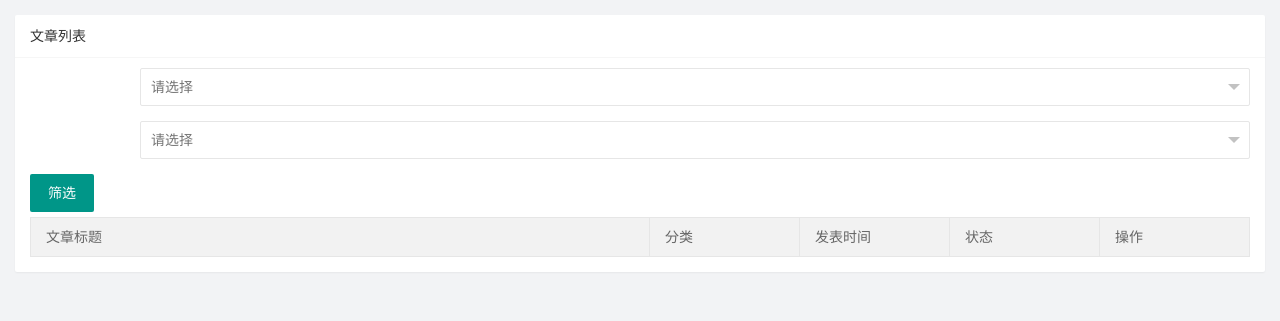
Repository: haloxxi/web_bigevent
Page: article/art-list.html
These files come from the project's save history. The page is drawn as it stood at one moment and after the next save; the edit follows.
The browser window is 1280 px wide. The pictures show the whole page.
The page's requests for data from a server got no answer.

Above is the page before, as saved 2022-06-29 15:39:17.
Console error: TypeError: Cannot read properties of undefined (reading 'status')

### article/art-list.html
<!DOCTYPE html>
<html lang="en">

<head>
    <meta charset="UTF-8">
    <meta http-equiv="X-UA-Compatible" content="IE=edge">
    <meta name="viewport" content="width=device-width, initial-scale=1.0">
    <title>文章那个列表</title>
    <link rel="stylesheet" href="/assets/lib/layui/css/layui.css">
    <link rel="stylesheet" href="/assets/css/article/art-list.css">
</head>

<body>
    <!-- 卡片区 -->
    <div class="layui-card">
        <div class="layui-card-header">文章列表</div>
        <div class="layui-card-body">
            <!-- 筛选区域 -->
            <form class="layui-form" action="">
                <div class="layui-form-item">
                    <div class="layui-input-block">
                        <select name="city" lay-verify="required">
                        <option value="">请选择</option>
                        <option value="0">北京</option>
                        <option value="1">上海</option>
                        <option value="2">广州</option>
                        <option value="3">深圳</option>
                        <option value="4">杭州</option>
                      </select>
                    </div>
                </div>
                <div class="layui-form-item">
                    <div class="layui-input-block">
                        <select name="city" lay-verify="required">
                        <option value="">请选择</option>
                        <option value="0">北京</option>
                        <option value="1">上海</option>
                        <option value="2">广州</option>
                        <option value="3">深圳</option>
                        <option value="4">杭州</option>
                      </select>
                    </div>
                </div>
                <button class="layui-btn" lay-submit lay-filter="formDemo">筛选</button>
            </form>
            <!-- 列表区域 -->
            <table class="layui-table">
                <colgroup>
                    <col>
                    <col width="150">
                    <col width="150">
                    <col width="150">
                    <col width="150">
                </colgroup>
                <thead>
                    <tr>
                        <th>文章标题</th>
                        <th>分类</th>
                        <th>发表时间</th>
                        <th>状态</th>
                        <th>操作</th>
                    </tr>
                </thead>
                <tbody>

                </tbody>
            </table>
            <!-- 分页区域 -->
        </div>
    </div>

    <!-- 列表数据的模板引擎 -->
    <script type="text/html" id="tpl-table">
        {{each data}}
        <tr>
            <td>{{$value.title}}</td>
            <td>{{$value.cate_name}}</td>
            <td>{{$value.pub_date}}</td>
            <td>{{$value.state}}</td>
            <td>
                <button type="button" class="layui-btn  layui-btn-xs">编辑</button>
                <button type="button" class="layui-btn  layui-btn-danger  layui-btn-xs">删除</button>
            </td>
        </tr>
        {{/each}}
    </script>

    <!-- 导入第三方js -->
    <script src="/assets/lib/layui/layui.all.js"></script>
    <script src="/assets/lib/jquery.js"></script>
    <script src="/assets/js/baseAPI.js"></script>
    <script src="/assets/lib/template-web.js"></script>

    <!-- 导入自己写的js -->
    <script src="/assets/js/article/art-list.js"></script>
</body>

</html>

### assets/css/article/art-list.css
html,
body {
    padding: 0;
    margin: 0;
}

body {
    padding: 15px;
    background-color: #f2f3f5;
}

### assets/js/baseAPI.js
// 注意：每次调用$.get（）/$.ajax()的时候
// 会先调用个ajaxprefilter()这个函数
// 这个函数会给我们Ajax配置一个对象
$.ajaxPrefilter(function(options) {

    // 在发起真正的Ajax之前 统一拼接路径
    // http://api-breakingnews-web.itheima.net
    // https://www.showdoc.com.cn/1425457596992351/6972620264462285
    // http://big-event-api-t.itheima.net
    options.url = 'http://api-breakingnews-web.itheima.net' + options.url
        // console.log(options.url)

    // 统一为有权限的接口设置headers
    // 不是所有都要加headers 只有my开头的需要
    if (options.url.indexOf('/my/') !== -1) {
        options.headers = {
            Authorization: localStorage.getItem('token') || ''
        }
    }

    // 全局挂载complete回调函数
    options.complete = function(res) {
        // console.log('执行了complete回调')
        // console.log(res)
        // 在complete函数中可以那倒res.responseJSON拿到响应回来的数据
        if (res.responseJSON.status === 1 && res.responseJSON.message === '身份认证失败！') {
            // 1-强制清空
            localStorage.removeItem('token')
                // 2-强制跳转登录页面
            location.href = '/login.html'
        }
    }
})

### assets/js/article/art-list.js
$(function() {
    var layer = layui.layer

    //定义一个查询的参数对象
    // 请求数据的时候 需要将请求参数对象 提交到服务器里
    var q = {
            pagenum: 1, //页码值，默认 请求第一页的数据
            pagesize: 2, //每页显示几条数据
            cate_id: '', //文章分类的id
            state: '', //文章发布状态
        }
        // 调用模板函数 美化时间
    template.defaults.imports.dataFormat = function(date) {
        const dt = new Date(date)

        var y = dt.getFullYear()
        var m = padZero(dt.getMonth() + 1)
        var d = padZero(dt.getDate())

        var hh = padZero(dt.getHours())
        var mm = padZero(dt.getMinutes())
        var ss = padZero(dt.getSeconds())

        return y + '-' + m + '-' + d + ' ' + hh + ':' + mm + ':' + ss
    }

    // 定义补零的函数
    function padZero(n) {
        return n > 9 ? n : '0' + n
    }


    initTable()


    // 获取文章数据列表
    function initTable() {
        $.ajax({
            method: 'GET',
            url: '/my/article/list',
            data: q,
            success: function(res) {
                console.log(res)
                if (res.status !== 0) {
                    return layer.msg('获取文章列表失败！')
                }
                //使用模板引擎 渲染页面
                var htmlStr = template('tpl-table', res)
                $('tbody').html(htmlStr)
            }
        })
    }
})

Loaded but not shown: assets/lib/layui/css/layui.css (library); assets/lib/layui/layui.all.js (library); assets/lib/jquery.js (library); assets/lib/template-web.js (library); assets/lib/layui/css/modules/laydate/default/laydate.css (library); assets/lib/layui/css/modules/layer/default/layer.css (library); assets/lib/layui/css/modules/code.css (common file)

After the next save:
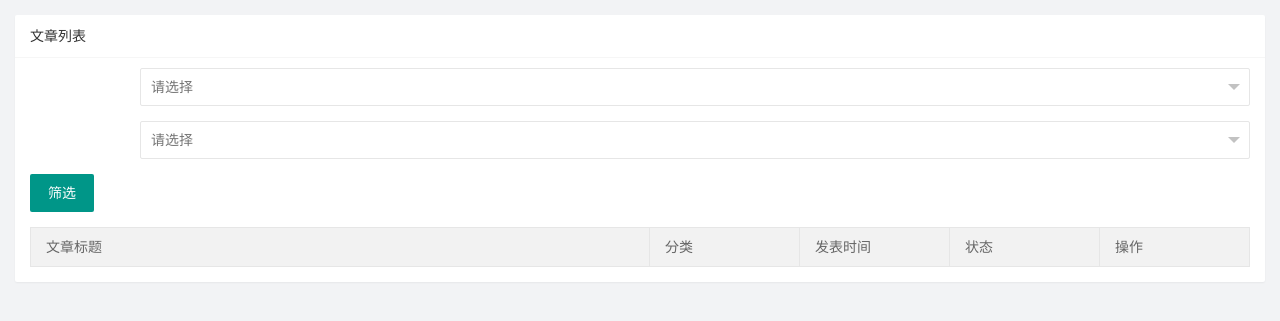
Saved 2 min 4 s later.
--- a/article/art-list.html
+++ b/article/art-list.html
@@ -41,7 +41,9 @@
                       </select>
                     </div>
                 </div>
-                <button class="layui-btn" lay-submit lay-filter="formDemo">筛选</button>
+                <div class="layui-form-item">
+                    <button class="layui-btn" lay-submit lay-filter="formDemo">筛选</button>
+                </div>
             </form>
             <!-- 列表区域 -->
             <table class="layui-table">
